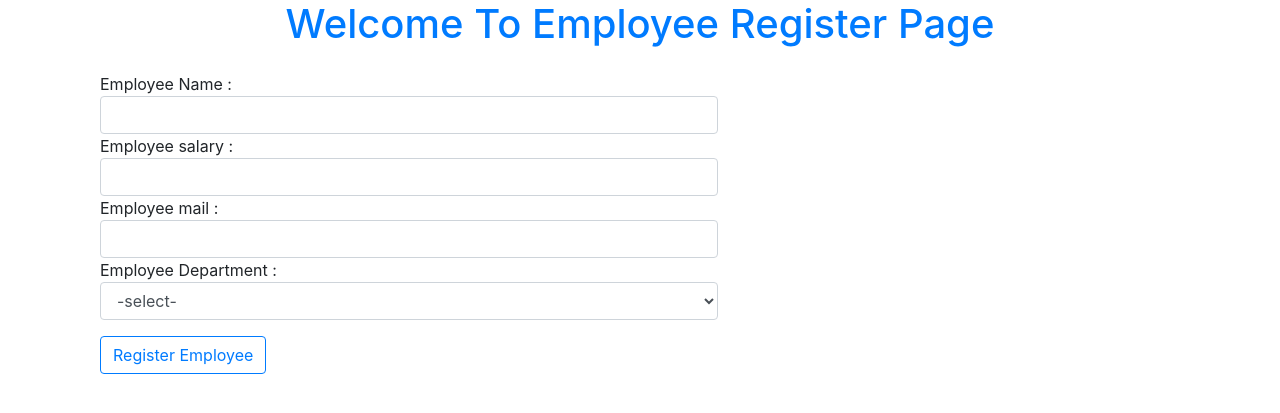
Repository: lokeshsukhwal/EmployeeMiniProject
Page: http://localhost/EmployeeRegister
An editor plug-in stored every save of this project. The page is shown before and after the next save, followed by the edit.
The browser window is 1280 px wide. The pictures show the whole page.
The page is this project's Thymeleaf template; nobody is signed in. The template is opened directly, without the code that normally fills it, so the values that code supplies are empty.

Above is the page before, as saved 2023-01-18 13:22:20.

After the next save:
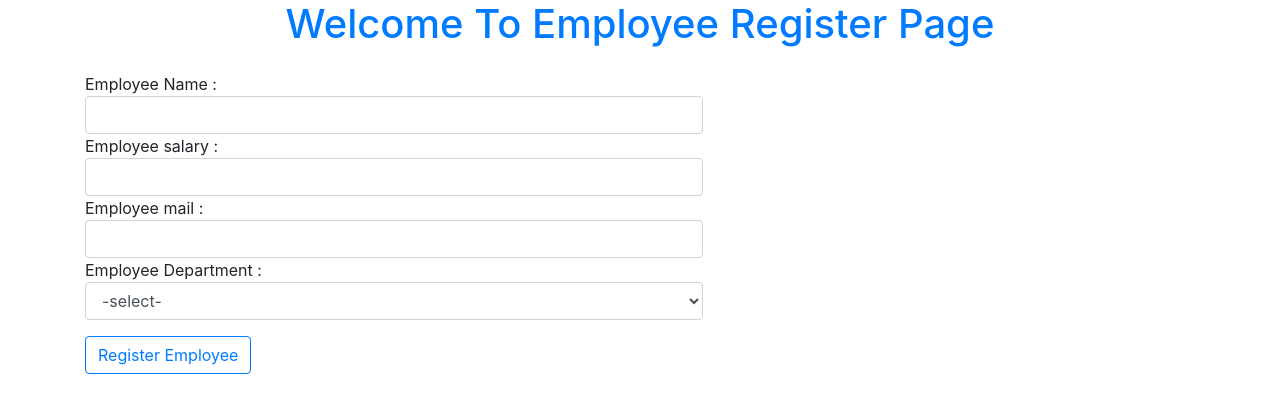
Saved 44 s later.
--- a/SpringBootMvc-ThymeleafMySqlCrudMiniProject/src/main/resources/templates/EmployeeRegister.html
+++ b/SpringBootMvc-ThymeleafMySqlCrudMiniProject/src/main/resources/templates/EmployeeRegister.html
@@ -9,7 +9,7 @@
 <body>
 <div class="container">
 	<h1 class=" text-primary text-center">Welcome To Employee Register Page</h1>
-		<form th:action="@{/employee/save}" method="POST" class="mt-4 form col-sm-7">
+		<form th:action="@{/employee/save}" method="POST" class="mt-4 form col-sm-7 row">
 
 			Employee Name : <input type="text" name="empName"class="form-control">
 
